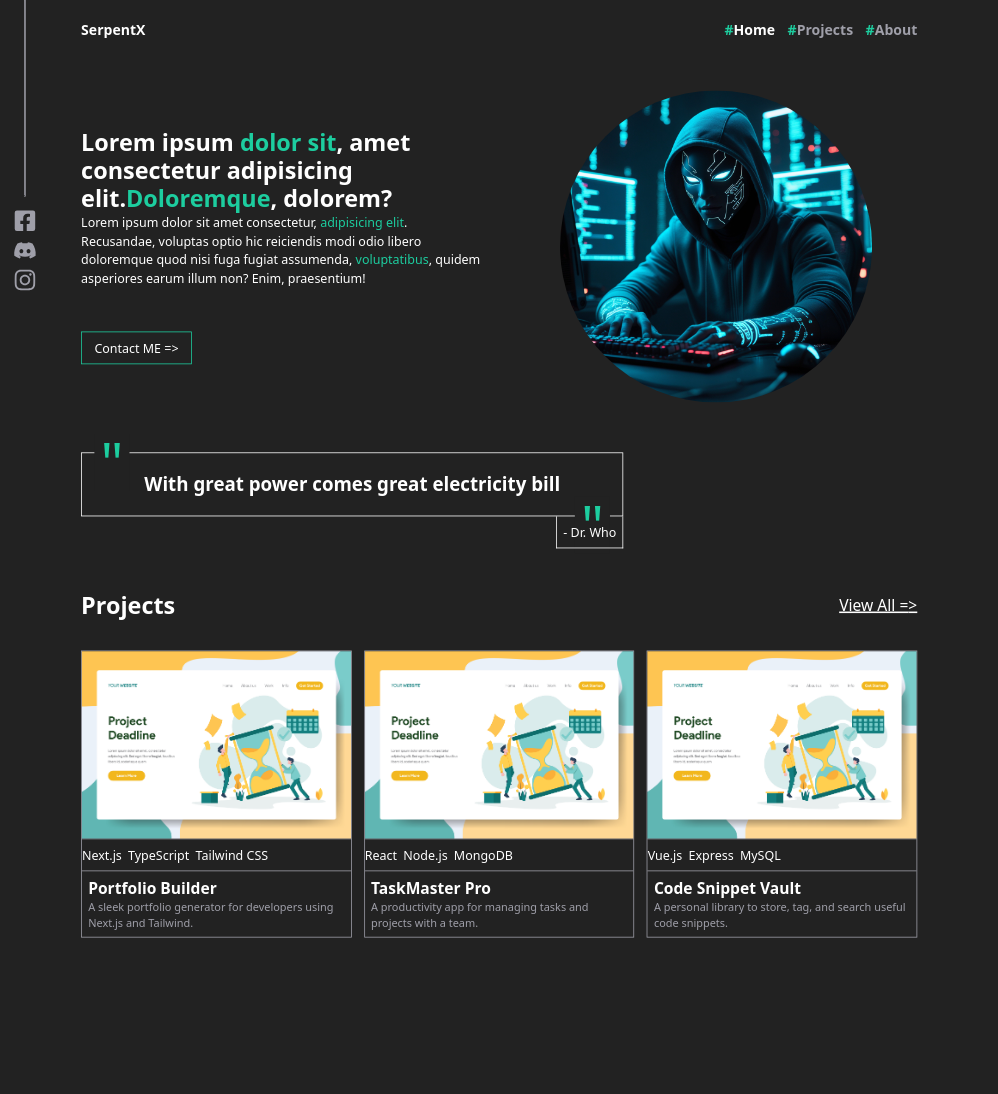
Repository: SERPENTX03/Portfolio-Tutorial
Page: /
An editor plug-in stored every save of this project. The page is shown before and after the next save, followed by the edit.
The browser window is 1280 px wide. The pictures show the whole page, at 78% of full size.
The project was rebuilt for these pictures with package versions that can differ from the ones it lists, and the page was loaded fresh each time. The framework's server and built-in components were replaced by stand-ins that run in the browser. Also part of the build but not shown: next.config.ts.

Above is the page before, as saved 2025-04-19 21:21:43.

### app/layout.tsx
import type { Metadata } from "next";
import { Geist, Geist_Mono } from "next/font/google";
import "./globals.css";
import SideContact from "@/components/SideContact";
import Navbar from "@/components/nav/Navbar";

const geistSans = Geist({
  variable: "--font-geist-sans",
  subsets: ["latin"],
});

const geistMono = Geist_Mono({
  variable: "--font-geist-mono",
  subsets: ["latin"],
});

export const metadata: Metadata = {
  title: "Create Next App",
  description: "Generated by create next app",
};

export default function RootLayout({
  children,
}: Readonly<{
  children: React.ReactNode;
}>) {
  return (
    <html lang="en">
      <body
        className={`${geistSans.variable} ${geistMono.variable} antialiased`}
      >
        <SideContact />
        <main className="max-w-[1200px] mx-auto sm:px-16 px-3">
          <Navbar />
          {children}
          <footer className="h-[200px]"></footer>
        </main>
      </body>
    </html>
  );
}

### app/page.tsx
import Hero from "@/components/Hero";
import Projects from "@/components/Projects";

const Home = () => {
  return (
    <div>
      <Hero />
      <Projects />
    </div>
  );
};
export default Home;

### app/globals.css
@import "tailwindcss";

@theme {
  --color-primary: #1dcd9f;
  --color-background: #222222;
  --color-text: #9f9fa9;
}

@utility hover-btn {
  @apply hover:bg-primary/30 transition-colors duration-300 ease-in-out border border-primary px-4 py-2 mt-14 cursor-pointer;
}

body {
  background-color: var(--color-background);
  color: white;
}

### components/SideContact.tsx
import Link from "next/link";
import { FaFacebookSquare } from "react-icons/fa";
import { FaDiscord } from "react-icons/fa";
import { FaInstagram } from "react-icons/fa";

const SideContact = () => {
  return (
    <div className="fixed top-0 left-0 w-16 lg:flex flex-col hidden ">
      {/* Line */}
      <div className="h-[35vh] relative">
        <div className="h-full border border-text absolute top-0 left-1/2 -translate-x-1/2"></div>
      </div>
      {/* Socials */}
      <div className="text-text mt-4 flex flex-col gap-2 items-center">
        <Link target="_blank" href="https://www.facebook.com/serpentx.dev">
          <FaFacebookSquare size={30} />
        </Link>
        <Link target="_blank" href="https://discord.gg/serpentx">
          <FaDiscord size={30} />
        </Link>
        <Link target="_blank" href="https://www.instagram.com/serpentx.dev">
          <FaInstagram size={30} />
        </Link>
      </div>
    </div>
  );
};
export default SideContact;

### components/nav/Navbar.tsx
import MenuHamburger from "./MenuHamburger";
import Navlink from "./Navlink";

const Navbar = () => {
  return (
    <div className="flex justify-between items-center py-6">
      <h1 className="text-lg font-semibold ">SerpentX</h1>
      <Navlink />
      <MenuHamburger />
    </div>
  );
};
export default Navbar;

### components/Hero.tsx
import Image from "next/image";

const Hero = () => {
  return (
    <section className="mt-10">
      <div className="flex flex-col sm:flex-row justify-between gap-10 items-center">
        <div className="w-full sm:w-1/2">
          <h2 className="text-3xl font-bold">
            Lorem ipsum <span className="text-primary">dolor sit</span>, amet
            consectetur adipisicing elit.
            <span className="text-primary">Doloremque</span>, dolorem?
          </h2>
          <p>
            Lorem ipsum dolor sit amet consectetur,{" "}
            <span className="text-primary">adipisicing elit</span>. Recusandae,
            voluptas optio hic reiciendis modi odio libero doloremque quod nisi
            fuga fugiat assumenda,{" "}
            <span className="text-primary">voluptatibus</span>, quidem
            asperiores earum illum non? Enim, praesentium!
          </p>
          <button className="hover-btn ">Contact ME ={">"}</button>
        </div>
        <div className="w-full sm:w-1/2 flex justify-center">
          <Image
            className="object-cover rounded-full"
            src="/images/hero.jpg"
            alt="hero"
            width={400}
            height={400}
          />
        </div>
      </div>
      <div className="mt-16 flex justify-center border py-6 px-20 w-fit relative">
        <h5 className=" text-2xl font-bold ">
          With great power comes great electricity bill
        </h5>
        <span className="absolute -top-6 left-4 bg-background px-2 text-primary text-7xl">
          &quot;
        </span>
        <span className="absolute -bottom-12 h-fit right-4 bg-background px-2 text-primary text-7xl">
          &quot;
        </span>
        <span className="absolute right-[-1px] -bottom-10.5 border-x border-b p-2">
          - Dr. Who
        </span>
      </div>
    </section>
  );
};
export default Hero;

### components/Projects.tsx
import { projects } from "@/data/Project";
import Image from "next/image";
import Link from "next/link";

const Projects = () => {
  return (
    <section className="mt-24">
      <div className="flex justify-between items-center">
        <h2 className="text-3xl font-bold">Projects</h2>
        <Link className="text-xl underline" href="/projects">
          View All ={">"}
        </Link>
      </div>
      <div className="grid gird-cols-1 sm:grid-cols-2 md:grid-cols-3 gap-4 mt-10">
        {projects.slice(0, 3).map((project) => (
          <div key={project.id} className="border border-text">
            <Image
              src={project.image || ""}
              alt={project.title}
              width={300}
              height={300}
              className="w-full h-60 object-cover"
            />
            <div className="flex gap-2 py-2 border-y border-text">
              {project.language.map((lang) => (
                <p key={lang}>{lang}</p>
              ))}
            </div>
            <div className="p-2">
              <h3 className="text-xl font-bold">{project.title}</h3>
              <p className="text-sm text-text">{project.description}</p>
            </div>
          </div>
        ))}
      </div>
    </section>
  );
};
export default Projects;

### components/nav/MenuHamburger.tsx
"use client";
import { RiMenuFoldLine } from "react-icons/ri";
import { links } from "@/data/NavLink";
import { useEffect, useState } from "react";
import { IoClose } from "react-icons/io5";
import Link from "next/link";
import { usePathname } from "next/navigation";
import { motion, AnimatePresence } from "framer-motion";
import { FaDiscord, FaFacebookSquare, FaInstagram } from "react-icons/fa";

const MenuHamburger = () => {
  const [isOpen, setIsOpen] = useState(false);
  const pathname = usePathname();

  const handleOpen = () => {
    setIsOpen(!isOpen);
  };

  useEffect(() => {
    setIsOpen(false); // ปิดเมนูเมื่อ path เปลี่ยน
  }, [pathname]);
  return (
    <>
      <AnimatePresence mode="wait">
        {isOpen ? (
          <motion.div
            key="close"
            initial={{ rotate: -90, opacity: 0 }}
            animate={{ rotate: 0, opacity: 1 }}
            exit={{ rotate: 90, opacity: 0 }}
            transition={{ duration: 0.2 }}
            className="cursor-pointer block md:hidden z-50"
            onClick={handleOpen}
          >
            <IoClose size={30} />
          </motion.div>
        ) : (
          <motion.div
            key="menu"
            initial={{ rotate: 90, opacity: 0 }}
            animate={{ rotate: 0, opacity: 1 }}
            exit={{ rotate: -90, opacity: 0 }}
            transition={{ duration: 0.3 }}
            className="cursor-pointer block md:hidden z-10"
            onClick={handleOpen}
          >
            <RiMenuFoldLine size={30} />
          </motion.div>
        )}
      </AnimatePresence>
      {isOpen && (
        <ul className="fixed top-0 left-0 w-full h-screen bg-background ">
          <h1 className="text-2xl font-bold m-3">SerpentX</h1>
          {links.map((nav, index) => (
            <li
              key={index}
              className={`text-2xl m-3 font-semibold text-text ${
                pathname === nav.href ? "text-white" : "text-text"
              }`}
            >
              <Link href={nav.href}>
                <span className="text-primary">#</span>
                {nav.label}
              </Link>
            </li>
          ))}
        </ul>
      )}
      {isOpen && (
        <div className="fixed bottom-4 left-1/2 -translate-x-1/2 flex gap-4">
          <Link target="_blank" href="https://www.facebook.com/serpentx.dev">
            <FaFacebookSquare size={30} />
          </Link>
          <Link target="_blank" href="https://discord.gg/serpentx">
            <FaDiscord size={30} />
          </Link>
          <Link target="_blank" href="https://www.instagram.com/serpentx.dev">
            <FaInstagram size={30} />
          </Link>
        </div>
      )}
    </>
  );
};
export default MenuHamburger;

### components/nav/Navlink.tsx
"use client";
import { links } from "@/data/NavLink";
import Link from "next/link";
import { usePathname } from "next/navigation";

const Navlink = () => {
  const pathname = usePathname();
  return (
    <ul className="md:flex gap-4 hidden ">
      {links.map((nav, index) => (
        <li
          key={index}
          className={`text-lg font-semibold text-text ${
            pathname === nav.href ? "text-white" : "text-text"
          }`}
        >
          <Link href={nav.href}>
            <span className="text-primary">#</span>
            {nav.label}
          </Link>
        </li>
      ))}
    </ul>
  );
};
export default Navlink;

### data/Project.ts
export const projects = [
  {
    id: 1,
    title: "Portfolio Builder",
    description:
      "A sleek portfolio generator for developers using Next.js and Tailwind.",
    language: ["Next.js", "TypeScript", "Tailwind CSS"],
    image: "/images/project1.jpg",
  },
  {
    id: 2,
    title: "TaskMaster Pro",
    description:
      "A productivity app for managing tasks and projects with a team.",
    language: ["React", "Node.js", "MongoDB"],
    image: "/images/project1.jpg",
  },
  {
    id: 3,
    title: "Code Snippet Vault",
    description:
      "A personal library to store, tag, and search useful code snippets.",
    language: ["Vue.js", "Express", "MySQL"],
    image: "/images/project1.jpg",
  },
  {
    id: 4,
    title: "DevBlog Engine",
    description:
      "A markdown-powered blogging platform for developers with dark mode.",
    language: ["Next.js", "MDX", "Tailwind CSS"],
    image: "/images/project1.jpg",
  },
  {
    id: 5,
    title: "CryptoTracker",
    description:
      "Live cryptocurrency prices and portfolio manager with real-time charts.",
    language: ["React", "Chart.js", "CoinGecko API"],
    image: "/images/project1.jpg",
  },
  {
    id: 6,
    title: "EcomDash",
    description:
      "An admin dashboard for managing products, orders, and analytics.",
    language: ["Angular", "Firebase", "SCSS"],
    image: "/images/project1.jpg",
  },
  {
    id: 7,
    title: "ChatterBox",
    description:
      "A real-time chat application with private and group messaging.",
    language: ["React", "Socket.io", "Node.js"],
    image: "/images/project1.jpg",
  },
  {
    id: 8,
    title: "CodeQuiz Arena",
    description: "An interactive quiz app for coding topics with leaderboards.",
    language: ["Svelte", "TypeScript", "Supabase"],
    image: "/images/project1.jpg",
  },
  {
    id: 9,
    title: "WeatherZen",
    description:
      "A minimalist weather app with animated forecasts and map integration.",
    language: ["Vue.js", "OpenWeatherMap API", "Tailwind CSS"],
    image: "/images/project1.jpg",
  },
  {
    id: 10,
    title: "DesignSync",
    description: "Tool to sync design tokens between Figma and your codebase.",
    language: ["Electron", "Figma API", "TypeScript"],
    image: "/images/project1.jpg",
  },
];

### data/NavLink.ts
export const links = [
  {
    label: "Home",
    href: "/",
  },
  {
    label: "Projects",
    href: "/projects",
  },
  {
    label: "About",
    href: "/about",
  },
];

After the next save:
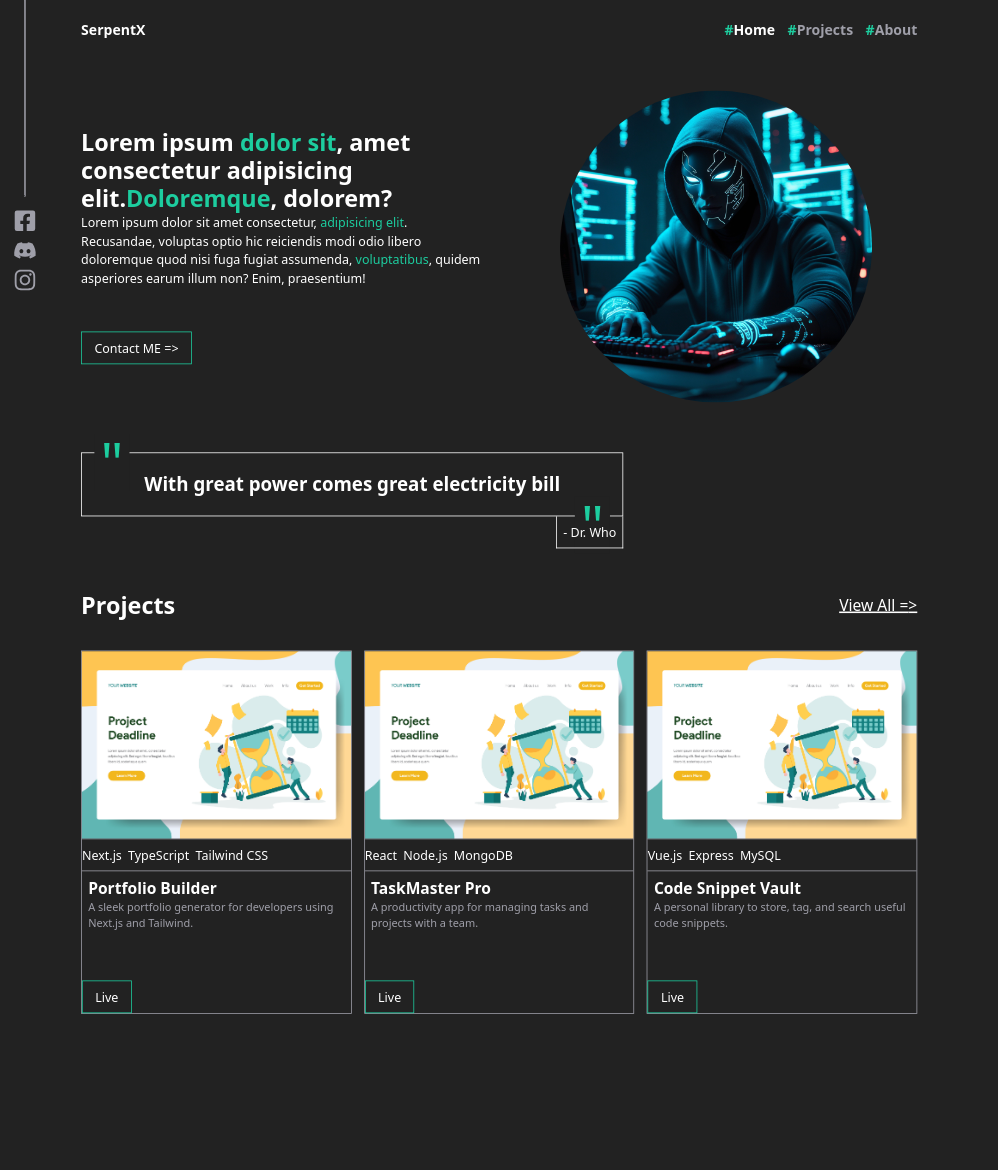
Saved 23 s later.
--- a/components/Projects.tsx
+++ b/components/Projects.tsx
@@ -30,6 +30,7 @@ const Projects = () => {
               <h3 className="text-xl font-bold">{project.title}</h3>
               <p className="text-sm text-text">{project.description}</p>
             </div>
+            <button className="hover-btn">Live</button>
           </div>
         ))}
       </div>
